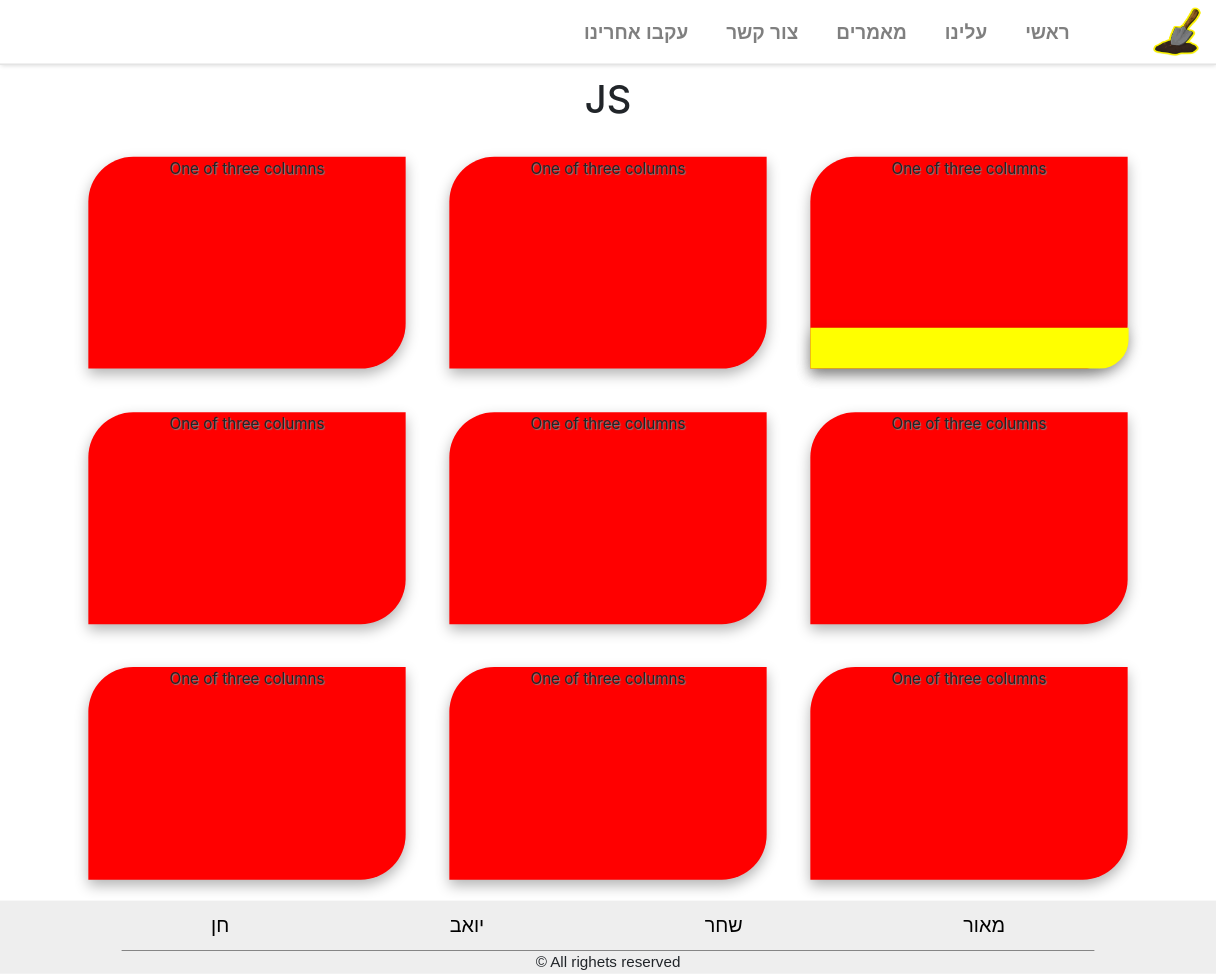
Repository: yoavBenZion/Blog-Zubi
Page: articlesPage.html
The author's editor kept a copy of each file at every save. The page is drawn from the files as they stood at one save, then again after the next save.
The browser window is 1280 px wide. The pictures show the whole page, at 95% of full size.
Some web fonts or font styles are not loaded; a fallback is used. Some web libraries are served in a nearby version.

Above is the page before, as saved 2017-10-26 14:23:22.

After the next save:
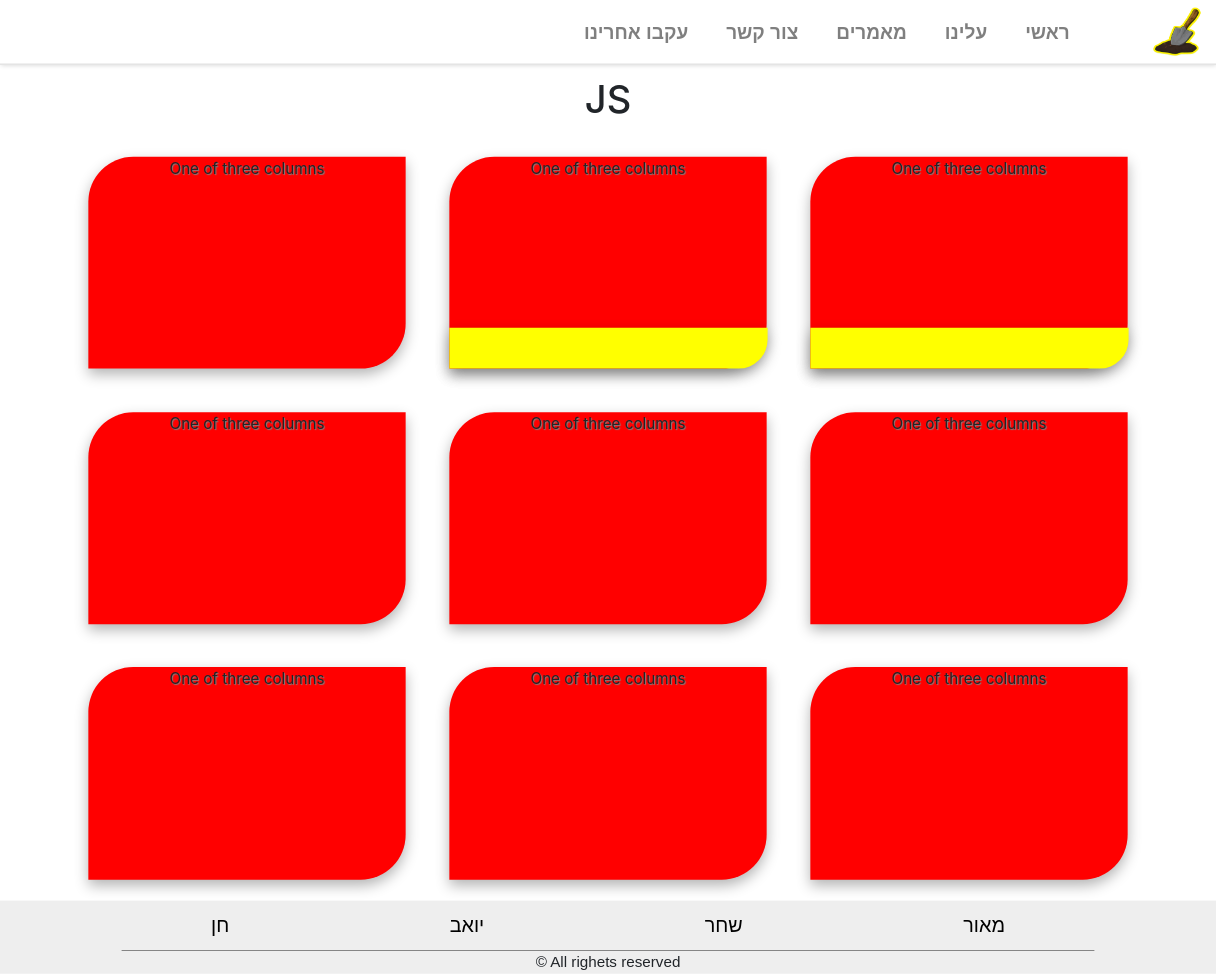
Saved 9 s later.
--- a/articlesPage.html
+++ b/articlesPage.html
@@ -76,6 +76,8 @@
             </div>
             <div class="col">
                 One of three columns
+                <div class="undercol"></div>
+
             </div>
             <div class="col">
                 One of three columns
